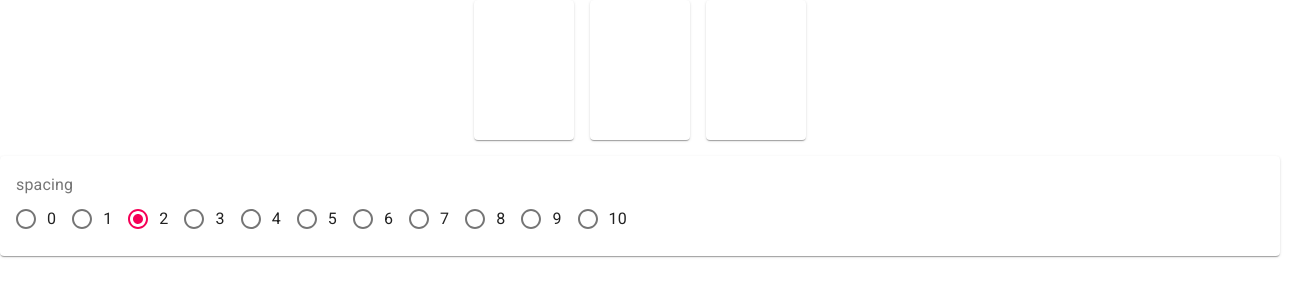
Repository: cherguiyacine/gitHubSearch
Page: /
These files come from the project's save history. The page is drawn as it stood at one moment and after the next save; the edit follows.
The browser window is 1280 px wide. The page is 1288 px wide, then 1292 px, so the pictures cover 1292 px, including what lies to the right of the window. The pictures show the whole page.
The project was rebuilt for these pictures with package versions that can differ from the ones it lists, and the page was loaded fresh each time. Also part of the build but not shown: src/Component/Layout/Navbar.js, src/Component/Users/UserItem.js, src/Component/Layout/Spinner.js, src/Component/Users/Users.js, src/Component/Users/Search.js, src/App.js.

Above is the page before, as saved 2019-11-21 23:47:01.

### public/index.html
<!DOCTYPE html>
<html lang="en">
  <head>
    <meta charset="utf-8" />
    <link rel="icon" href="%PUBLIC_URL%/favicon.ico" />
    <meta name="viewport" content="width=device-width, initial-scale=1" />
    <meta name="theme-color" content="#000000" />
    <meta
      name="description"
      content="Web site created using create-react-app"
    />
    <link rel="apple-touch-icon" href="logo192.png" />

    <link rel="manifest" href="%PUBLIC_URL%/manifest.json" />
    <link
      rel="stylesheet"
      href="https://cdnjs.cloudflare.com/ajax/libs/font-awesome/4.7.0/css/font-awesome.min.css"
    />
    <link
      rel="stylesheet"
      href="https://fonts.googleapis.com/css?family=Roboto:300,400,500,700&display=swap"
    />
    <link
      rel="stylesheet"
      href="https://fonts.googleapis.com/icon?family=Material+Icons"
    />

    <title>Yacine App</title>
  </head>
  <body>
    <noscript>You need to enable JavaScript to run this app.</noscript>
    <div id="root"></div>
  </body>
</html>

### src/index.js
import React from "react";
import ReactDOM from "react-dom";
import "./index.css";
import App from "./App";
import Authentification from "./Authentification";
import * as serviceWorker from "./serviceWorker";

ReactDOM.render(<Authentification />, document.getElementById("root"));

// If you want your app to work offline and load faster, you can change
// unregister() to register() below. Note this comes with some pitfalls.
// Learn more about service workers: https://bit.ly/CRA-PWA
serviceWorker.unregister();

### src/Authentification.js
import React from "react";
import { makeStyles } from "@material-ui/core/styles";
import Grid from "@material-ui/core/Grid";
import FormLabel from "@material-ui/core/FormLabel";
import FormControlLabel from "@material-ui/core/FormControlLabel";
import RadioGroup from "@material-ui/core/RadioGroup";
import Radio from "@material-ui/core/Radio";
import Paper from "@material-ui/core/Paper";

const useStyles = makeStyles(theme => ({
  root: {
    flexGrow: 1
  },
  paper: {
    height: 140,
    width: 100
  },
  control: {
    padding: theme.spacing(2)
  }
}));

export default function SpacingGrid() {
  const [spacing, setSpacing] = React.useState(2);
  const classes = useStyles();

  const handleChange = event => {
    setSpacing(Number(event.target.value));
  };

  return (
    <Grid container className={classes.root} spacing={2}>
      <Grid item xs={12}>
        <Grid container justify='center' spacing={spacing}>
          {[0, 1, 2].map(value => (
            <Grid key={value} item>
              <Paper className={classes.paper} />
            </Grid>
          ))}
        </Grid>
      </Grid>
      <Grid item xs={12}>
        <Paper className={classes.control}>
          <Grid container>
            <Grid item>
              <FormLabel>spacing</FormLabel>
              <RadioGroup
                name='spacing'
                aria-label='spacing'
                value={spacing.toString()}
                onChange={handleChange}
                row
              >
                {[0, 1, 2, 3, 4, 5, 6, 7, 8, 9, 10].map(value => (
                  <FormControlLabel
                    key={value}
                    value={value.toString()}
                    control={<Radio />}
                    label={value.toString()}
                  />
                ))}
              </RadioGroup>
            </Grid>
          </Grid>
        </Paper>
      </Grid>
    </Grid>
  );
}

Loaded but not shown: src/index.css (common file); src/serviceWorker.js (common file); src/App.css (common file)

After the next save:
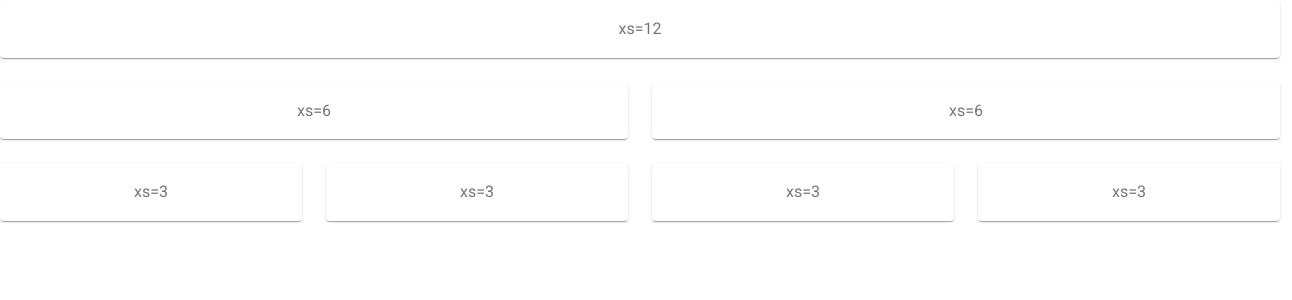
Saved 2 min 7 s later.
--- a/src/Authentification.js
+++ b/src/Authentification.js
@@ -1,69 +1,47 @@
 import React from "react";
 import { makeStyles } from "@material-ui/core/styles";
+import Paper from "@material-ui/core/Paper";
 import Grid from "@material-ui/core/Grid";
-import FormLabel from "@material-ui/core/FormLabel";
-import FormControlLabel from "@material-ui/core/FormControlLabel";
-import RadioGroup from "@material-ui/core/RadioGroup";
-import Radio from "@material-ui/core/Radio";
-import Paper from "@material-ui/core/Paper";
 
 const useStyles = makeStyles(theme => ({
   root: {
     flexGrow: 1
   },
   paper: {
-    height: 140,
-    width: 100
-  },
-  control: {
-    padding: theme.spacing(2)
+    padding: theme.spacing(2),
+    textAlign: "center",
+    color: theme.palette.text.secondary
   }
 }));
 
-export default function SpacingGrid() {
-  const [spacing, setSpacing] = React.useState(2);
+export default function CenteredGrid() {
   const classes = useStyles();
 
-  const handleChange = event => {
-    setSpacing(Number(event.target.value));
-  };
-
   return (
-    <Grid container className={classes.root} spacing={2}>
-      <Grid item xs={12}>
-        <Grid container justify='center' spacing={spacing}>
-          {[0, 1, 2].map(value => (
-            <Grid key={value} item>
-              <Paper className={classes.paper} />
-            </Grid>
-          ))}
+    <div className={classes.root}>
+      <Grid container spacing={3}>
+        <Grid item xs={12}>
+          <Paper className={classes.paper}>xs=12</Paper>
+        </Grid>
+        <Grid item xs={6}>
+          <Paper className={classes.paper}>xs=6</Paper>
+        </Grid>
+        <Grid item xs={6}>
+          <Paper className={classes.paper}>xs=6</Paper>
+        </Grid>
+        <Grid item xs={3}>
+          <Paper className={classes.paper}>xs=3</Paper>
+        </Grid>
+        <Grid item xs={3}>
+          <Paper className={classes.paper}>xs=3</Paper>
+        </Grid>
+        <Grid item xs={3}>
+          <Paper className={classes.paper}>xs=3</Paper>
+        </Grid>
+        <Grid item xs={3}>
+          <Paper className={classes.paper}>xs=3</Paper>
         </Grid>
       </Grid>
-      <Grid item xs={12}>
-        <Paper className={classes.control}>
-          <Grid container>
-            <Grid item>
-              <FormLabel>spacing</FormLabel>
-              <RadioGroup
-                name='spacing'
-                aria-label='spacing'
-                value={spacing.toString()}
-                onChange={handleChange}
-                row
-              >
-                {[0, 1, 2, 3, 4, 5, 6, 7, 8, 9, 10].map(value => (
-                  <FormControlLabel
-                    key={value}
-                    value={value.toString()}
-                    control={<Radio />}
-                    label={value.toString()}
-                  />
-                ))}
-              </RadioGroup>
-            </Grid>
-          </Grid>
-        </Paper>
-      </Grid>
-    </Grid>
+    </div>
   );
 }
